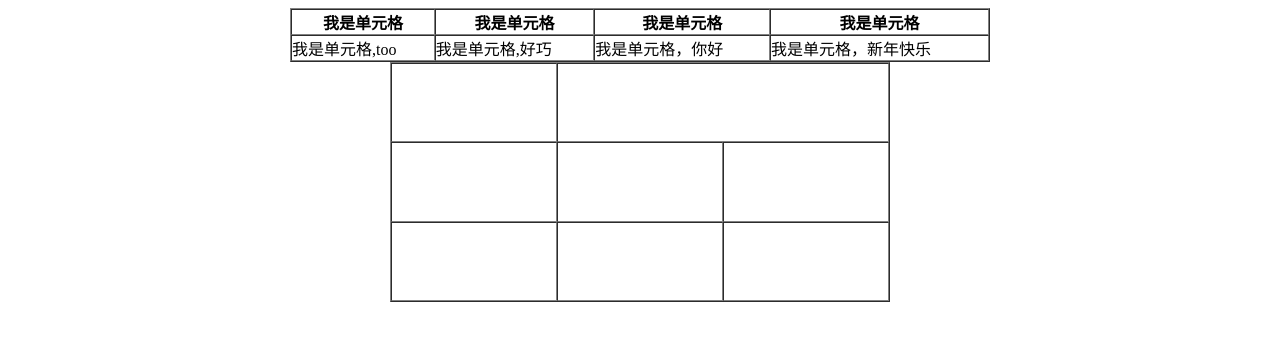
Repository: Qwenicq/My_project
Page: html/HTML_learning/2_html.html
The author's editor kept a copy of each file at every save. The page is drawn from the files as they stood at one save, then again after the next save.
The browser window is 1280 px wide. The pictures show the whole page.

Above is the page before, as saved 2023-03-28 21:18:42.

### html/HTML_learning/2_html.html
<!DOCTYPE html>
<html lang="zh-CN">
<head>
    <meta charset="UTF-8">
    <meta http-equiv="X-UA-Compatible" content="IE=edge">
    <meta name="viewport" content="width=device-width, initial-scale=1.0">
    <title>Document</title>
</head>
<body>
    <!-- 属性要写在table中 -->
    <table align="center" border="1" cellpadding="0" cellspacing="0" width="700" >
        <thead><tr>
            <th>我是单元格</th>
            <!-- 表头单元格 -->
            <th>我是单元格</th>
            <th>我是单元格</th>
            <th>我是单元格</th>
        </tr>
    </thead>
     <tbody>
        <tr>
            <!-- 普通单元格 -->
                <td>我是单元格,too</td>
                <td>我是单元格,好巧</td>
                <td>我是单元格，你好</td>
                <td>我是单元格，新年快乐</td>
            </tr>

     </tbody>

    </table>
    <table align="center" height="240" width="500" border="1" cellspacing="0">
        <tr>
            <td></td>
            <td colspan="2"></td>

        </tr>
        <tr>
            <td></td>
            <td></td>
            <td></td>
        </tr>
        <tr>
            <td></td>
            <td></td>
            <td></td>
        </tr>
    </table>
</body>
</html>

After the next save:
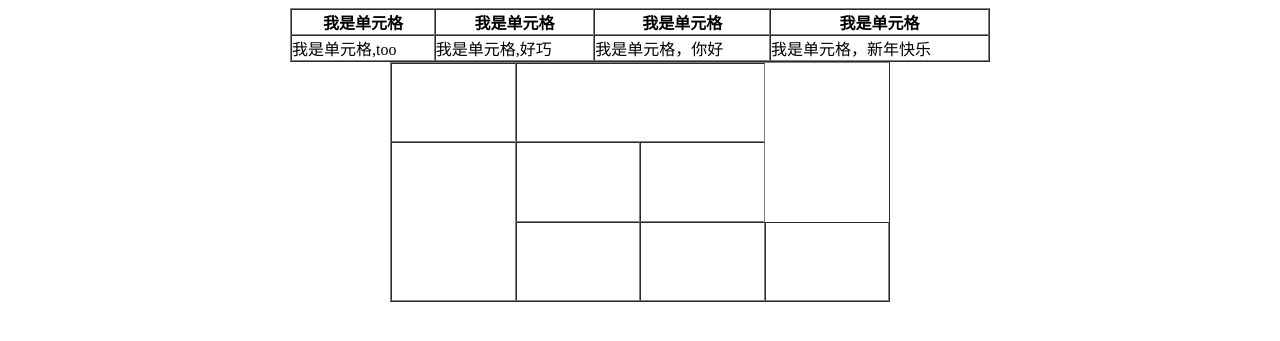
Saved 25 s later.
--- a/html/HTML_learning/2_html.html
+++ b/html/HTML_learning/2_html.html
@@ -36,7 +36,7 @@
 
         </tr>
         <tr>
-            <td></td>
+            <td rowspan="2"></td>
             <td></td>
             <td></td>
         </tr>
